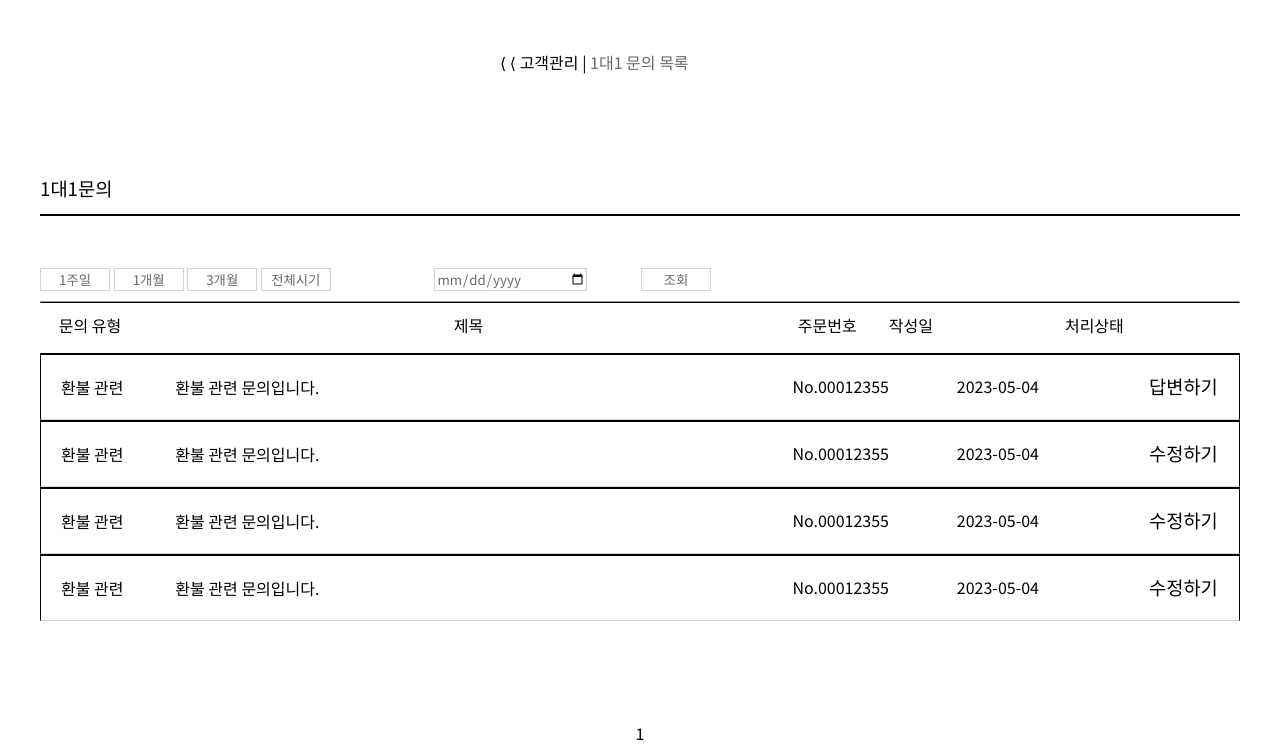
Repository: mcw9503/PassionForFashion
Page: Semi_Project/src/main/webapp/WEB-INF/QnaPage.html
An editor plug-in stored every save of this project. The page is shown before and after the next save, followed by the edit.
The browser window is 1280 px wide. The pictures show the whole page.

Above is the page before, as saved 2023-05-07 08:47:19.

### Semi_Project/src/main/webapp/WEB-INF/QnaPage.html
<!DOCTYPE html>
<html>
<head>
<meta charset="UTF-8">
<title>Insert title here</title>
<link href="https://fonts.googleapis.com/earlyaccess/notosanskr.css"
	rel="stylesheet">
</head>

<style>

* {
	outline: none;
	margin: 0;
	font-family: 'Noto Sans KR', sans-serif;
}

input[id*="answer"] {
	display: none;
}

input[id*="answer"] + label {
	display:block;
	padding:20px;
	border:1px solid black;
	border-top:2px solid black;
	border-bottom: 1px solid lightgray;
	color:black;
	font-weight:200;
	background: white;
	position: relative;
}


input[id*="answer"] + label h3 {
	position: absolute;
	top: 50%;
	right:10px;
	width:80px;
	height:30px;
	margin-top: -15px;
	border-top: none:
	background: white;
	font-weight: 200;
}

input[id*="answer"] + label span {
	position: absolute;
	top: 30%;
	right:200px;
}



input[id*="answer"] + label + div {
	max-height: 0;
	transition: all .35s;
	overflow: hidden;
	background: white;
	font-size: 11px;
	border-left: 1px solid lightgray;
	border-right: 1px solid lightgray;
}

input[id*="answer"] + label + div:last-child{
	border-bottom : 1px solid black;
}

input[id*="answer"] + label + div p {
	display:inline-block;
	padding:20px;
}

input[id*="answer"]:checked + label + div {
	max-height: 500px;
}
.qnaCategoy {
font-weight: 500;
}
hr{
border-bottom: 1px solid black;
}
div button {
	color: dimgray;
	background:white;
	border: 1px solid lightgray;
	margin-bottom: 10px;
	width: 70px;
}

div button:active{
	color: black;
	background:white;
	border: 0.5px solid black;
}

div form input {
	color: dimgray;
	background:white;
	border: 1px solid lightgray;
	margin-bottom: 10px;
	width: 70px;
}

div form input:active {
	color: black;
	background:white;
	border: 0.5px solid black;
}



</style>
<body>
	<div style="display:inline-block; margin-left: 500px; margin-bottom: 100px; margin-top: 50px;">&lang; &lang; 고객관리 <span>|</span> <span style="color:dimgray;">  1대1 문의 목록</span>
	</div>
	<div class="qnaWrap" style="width: 1200px; margin: auto;" >

		<h3 style="font-weight: 400; margin-bottom: 30px; border-bottom: 2px solid black; height: 40px;"> 1대1문의</h3>
		<div style="margin-top: 50px;">
			<form>
				<button type="button">1주일</button>
				<button type="button">1개월</button>
				<button type="button">3개월</button>
				<button type="button" name="date">전체시기</button>
				<input type="date" name="date" style="width:  150px; margin-left: 100px; margin-right: 50px;">
				<input type="submit" name="submit" value="조회">
			</form>
		</div>

		<hr style="margin-bottom: 10px; font-weight: 800; color:black;">

		<div style="display: inline-block; text-align: center; width: 100px; height: 40px;">
			<p>문의 유형</p>
		</div>
		<div style="display: inline-block; text-align: center; width: 650px; height: 40px;">
			<p> 제목 </p>
		</div>
		<div style="display: inline-block; text-align: center; width: 60px; height: 40px;">
			<p> 주문번호 </p>
		</div>
		<div style="display: inline-block; text-align: center; width: 100px; height: 40px; margin-right: 85px;">
			<p> 작성일 </p>
		</div>
		<div style="display: inline-block; text-align: center; width: 90px; height: 40px; ">
			<p> 처리상태 </p>
		</div>

		<input type="checkbox" id="answer01">
		<label for="answer01">
		<div class="qnaCategoy" style="display: inline-block; width: 100px;">환불 관련</div>
		&nbsp;&nbsp;
		환불 관련 문의입니다.
		<span style="margin-right: 150px;">No.00012355</span>
		<span>2023-05-04</span>
		<h3 class="ansComplete"style="margin-left: 15px; ">답변하기</h3></label>
		<div>
			<p class="qnaAnswer"></p>
		</div>

		<input type="checkbox" id="answer02">
		<label for="answer02">
		<div class="qnaCategoy" style="display: inline-block; width: 100px;">환불 관련</div>
		&nbsp;&nbsp;
		환불 관련 문의입니다.
		<span style="margin-right: 150px;">No.00012355</span>
		<span>2023-05-04</span>
		<h3 class="ansComplete" style="margin-left: 15px;"></h3></label>
		<div>
			<p class="qnaAnswer">답변완료 해드렸습니다.</p>
		</div>

		<input type="checkbox" id="answer03">
		<label for="answer03">
		<div class="qnaCategoy" style="display: inline-block; width: 100px;">환불 관련</div>
		&nbsp;&nbsp;
		환불 관련 문의입니다.
		<span style="margin-right: 150px;">No.00012355</span>
		<span>2023-05-04</span><h3 class="ansComplete" style="margin-left: 15px;">답변하기</h3></label>
		<div>
			<p class="qnaAnswer">답변완료 해드렸습니다. 다른 문의는 더 필요 없으신가요.
			저희 쇼핑몰을 이용해주셔서 감사드립니다. 좋은 하루 보내세요.</p>
		</div>

		<input type="checkbox" id="answer04">
		<label for="answer04">
		<div class="qnaCategoy" style="display: inline-block; width: 100px;">환불 관련</div>
		&nbsp;&nbsp;
		환불 관련 문의입니다.
		<span style="margin-right: 150px;">No.00012355</span>
		<span>2023-05-04</span><h3  class="ansComplete" style="margin-left: 15px;">답변하기</h3></label>
		<div>
			<p class="qnaAnswer">답변완료 해드렸습니다. 다른 문의는 더 필요 없으신가요.
			저희 쇼핑몰을 이용해주셔서 감사드립니다. 좋은 하루 보내세요.</p>
		</div>

		<div class="pageNum" style="margin-top: 100px; text-align: center;">1</div>

	</div>



	<script>
	window.onload = function(){
	const qnaAnswer = document.querySelectorAll(".qnaAnswer");
	const ansComplete = document.querySelectorAll(".ansComplete");


		for(i=0; i<qnaAnswer.length; i++){
			if(qnaAnswer[i].innerText == ""){
				ansComplete[i].innerText="답변하기";
			}else{
				ansComplete[i].innerText = "수정하기";
			}

		}



	}

	</script>

</body>
</html>

After the next save:
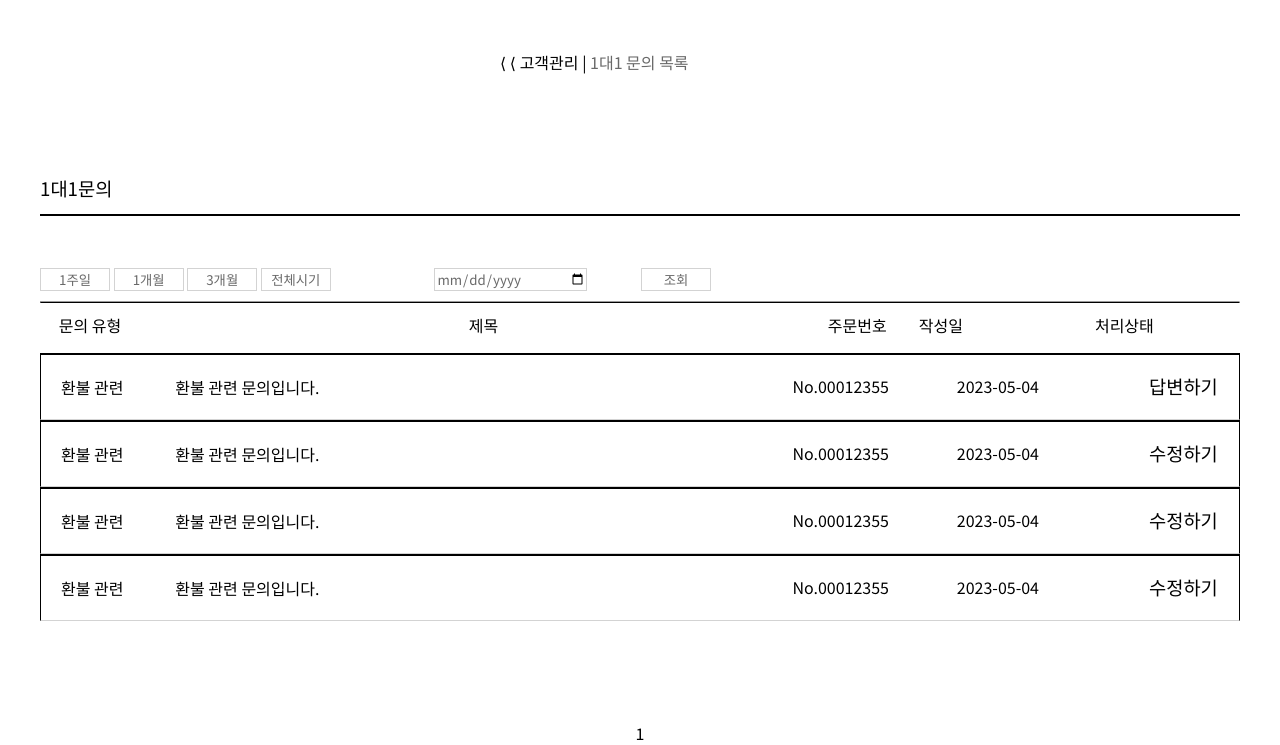
Saved 13 s later.
--- a/Semi_Project/src/main/webapp/WEB-INF/QnaPage.html
+++ b/Semi_Project/src/main/webapp/WEB-INF/QnaPage.html
@@ -133,7 +133,7 @@ div form input:active {
 		<div style="display: inline-block; text-align: center; width: 100px; height: 40px;">
 			<p>문의 유형</p>
 		</div>
-		<div style="display: inline-block; text-align: center; width: 650px; height: 40px;">
+		<div style="display: inline-block; text-align: center; width: 680px; height: 40px;">
 			<p> 제목 </p>
 		</div>
 		<div style="display: inline-block; text-align: center; width: 60px; height: 40px;">
